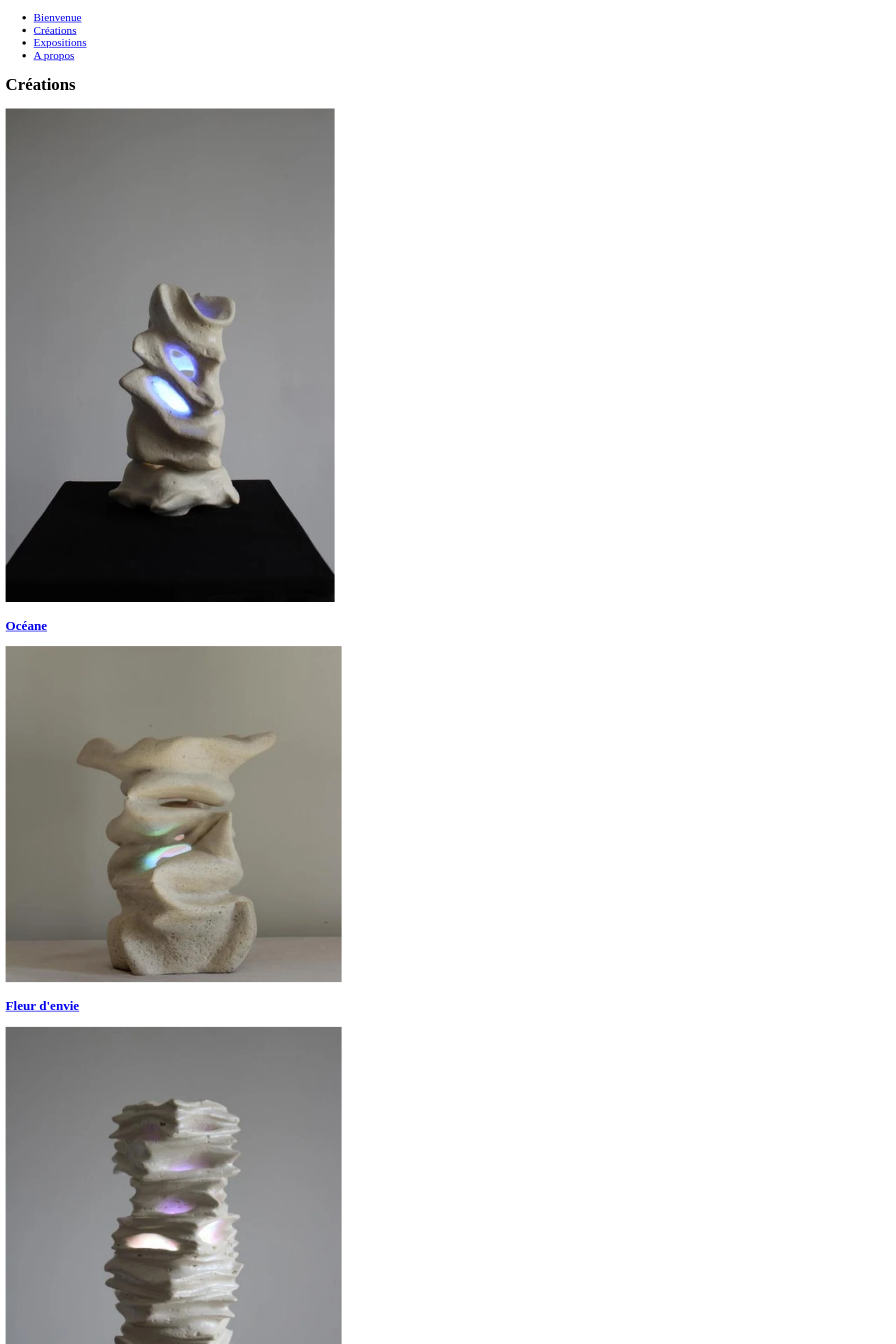
Repository: lysianebo/EricBidart
Page: creations.html
The author's editor kept a copy of each file at every save. The page is drawn from the files as they stood at one save, then again after the next save.
The browser window is 1280 px wide. The pictures show the part of the page from y = 0 to 1920 px (the page is 7389 px tall before and 7338 px after), at 70% of full size.
A picture or video elsewhere on the page could not be fetched, so the positions and the page height are approximate.

Above is the page before, as saved 2023-10-25 08:58:12.

After the next save:
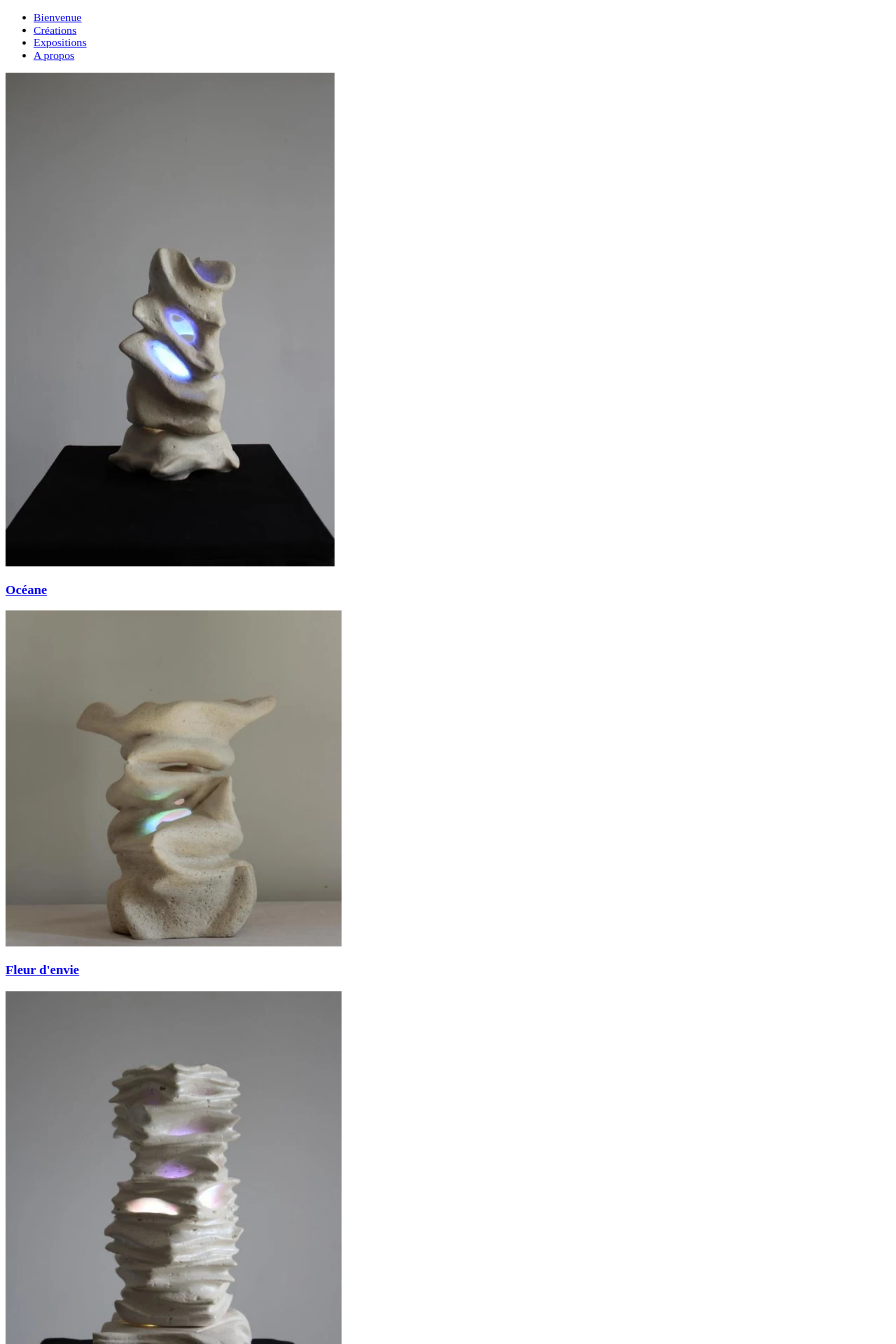
Saved 17 s later.
--- a/creations.html
+++ b/creations.html
@@ -20,7 +20,7 @@
             <div id="icons"></div>
         </nav>
     </header>
-    <h2>Créations</h2>
+    <!-- <h2>Créations</h2> -->
     <div class="gallery">
         <div class="card_creation">
             <a href="sculptures.html#oceane"

After the save that followed:
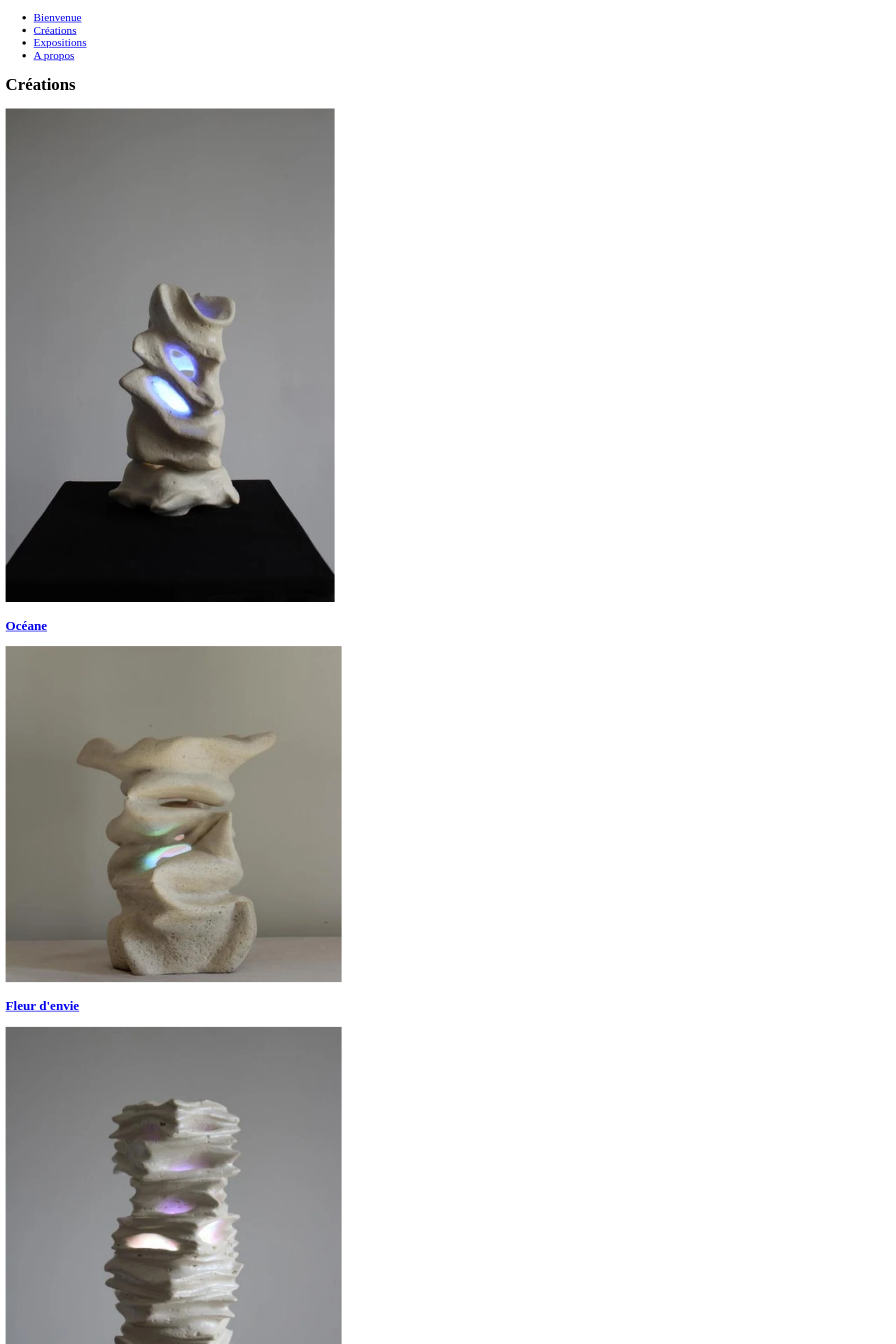
Saved 15 s later.
--- a/creations.html
+++ b/creations.html
@@ -20,7 +20,7 @@
             <div id="icons"></div>
         </nav>
     </header>
-    <!-- <h2>Créations</h2> -->
+    <h2>Créations</h2>
     <div class="gallery">
         <div class="card_creation">
             <a href="sculptures.html#oceane"
